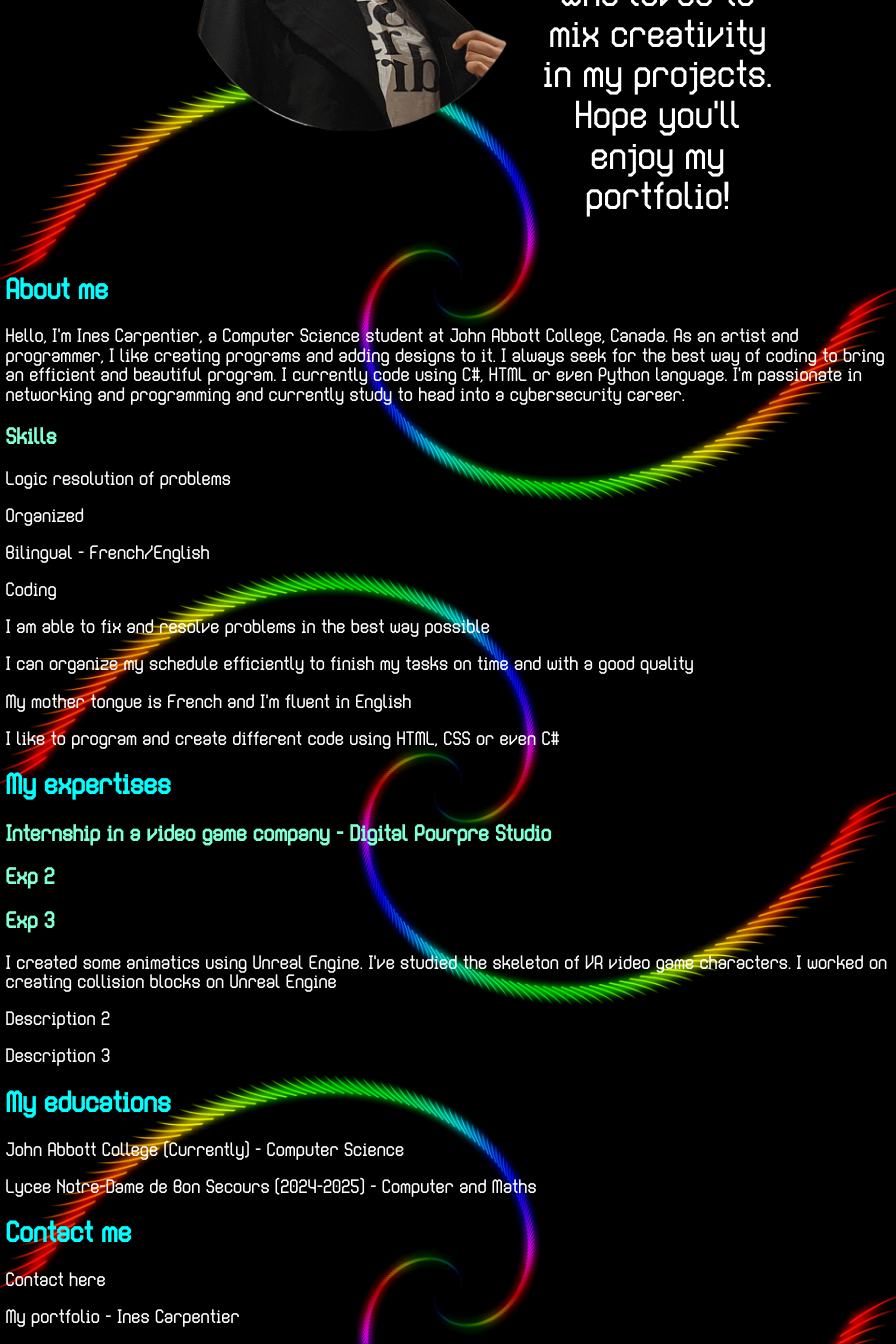
Repository: InsCarp/InsCarp
Page: index.html
These files come from the project's save history. The page is drawn as it stood at one moment and after the next save; the edit follows.
The browser window is 1280 px wide. The pictures show the part of the page from y = 674 to 2594 px (the page is 2594 px tall before and 2364 px after), at 70% of full size.
Backgrounds fixed to the window are drawn as part of the page.

Above is the page before, as saved 2026-05-08 13:08:15.

### index.html
<!DOCTYPE html>
<html lang="en">
<head>
    <meta charset="UTF-8">
    <meta name="viewport" content="width=device-width, initial-scale=1.0">
    <link rel="icon" href="/assets/images/Logo.svg" type="image/svg" />
    <link rel="stylesheet" href="/styles/globals.css" type="text/css"/>
    <link rel="stylesheet" href="/styles/index.css" type="text/css"/>

    <title>Portfolio - Ines Carpentier</title>
</head>
<header>
    <h1 id="Title">My portfolio</h1>
    <nav>
        <a href="index.html">Home</a>
        <a href="#About">About me</a>
        <a href="#Expertises">Expertises</a>
        <a href="#Education">Education</a>
        <a href="project.html">Projects</a> <!--Put my project page here-->
        <a href="#Contact">Contact me</a>
    </nav>
</header>
<body>
    <div class="Intro">
        <article>
            <img
               src="/assets/images/me.png" id="Me" alt="My image"/>
        </article>
        <article id="intro">
            <h2>Ines Carpentier</h2>
            <p>Hi, I'm a Computer Science student who loves to mix creativity in my projects.
                Hope you'll enjoy my portfolio!</p>
        </article>
    </div>
    <div class="About">
        <h2 id="About">About me</h2>
        <p>Hello, I'm Ines Carpentier, a Computer Science student at John Abbott College, Canada. As an artist and programmer, I like creating programs and adding designs to it. I always seek for the
             best way of coding to bring an efficient and beautiful program. I currently code using C#, HTML or even Python language. I'm passionate in networking and programming and currently study to head into a cybersecurity career.</p>
        <h3>Skills</h3>
        <article>
            <p>Logic resolution of problems</p>
            <p>Organized</p>
            <p>Bilingual - French/English</p>
            <p>Coding</p>
        </article>
        <article>
            <p>I am able to fix and resolve problems in the best way possible</p>
            <p>I can organize my schedule efficiently to finish my tasks on time and with a good quality</p>
            <p>My mother tongue is French and I'm fluent in English</p>
            <P>I like to program and create different code using HTML, CSS or even C#</P>
        </article>
    </div>
    <div class="Exp">
        <h2 id="Expertises">My expertises</h2>
        <article>
            <h3>Internship in a video game company - Digital Pourpre Studio</h3>
            <h3>Exp 2</h3>
            <h3>Exp 3</h3>
        </article>
        <article>
            <p>I created some animatics using Unreal Engine. I've studied the skeleton of VR video game characters. I worked on creating collision blocks on Unreal Engine</p>
            <p>Description 2</p>
            <p>Description 3</p>
        </article>
    </div>
    <div class="Education">
        <h2 id="Education">My educations</h2>
        <p>John Abbott College (Currently) - Computer Science
        </p>
        <p>Lycee Notre-Dame de Bon Secours (2024-2025) - Computer and Maths</p>
    </div>
    <div class="Contact">
        <h2 id="Contact">Contact me</h2>
        <p>Contact here</p>
    </div>
</body>
<footer>
    <p>My portfolio - Ines Carpentier</p>
</footer>
</html>

### styles/globals.css
@font-face {
    font-family: Title;
    src: url(/assets/fonts/Y224-2vdae.ttf);
}
@font-face {
    font-family: Portfolio;
    src: url(/assets/fonts/Eightgon-OGn6p.ttf);
}

html{
    font-size:25px;
}

a {
    color:cadetblue;
}

a:visited{
    color:aquamarine;
}
a:hover{
    color:greenyellow;
}
a:active{
    color:yellow;
}

body{
    background-color:rgb(0, 2, 36);
    color:rgb(255, 255, 255);
    background-image: url(../assets/images/back.gif);
    background-size: cover;
    background-repeat: no-repeat;
    background-attachment: fixed;
    font-family: Portfolio;
}




h1, h2{
    color:aqua;

}

h3{
    color:aquamarine;
}


header {

    display: flex;

    flex-direction: row;
    font-family: Title;
    justify-content: space-between;
    background-color:rgb(27, 27, 27);
    border-radius: 10px;
    font-size:0.8rem;


}
nav{
    display:none;
}


@media only screen and (min-width: 800px){
    header {
    display: flex;
    flex-direction: row;
    font-family: Title;
    justify-content: space-between;

}
nav{
    text-align:right;
    display:initial;
    font-size:0.4rem;
    margin-top:8%;


}
}

@media only screen and (min-width: 1200px){
    header {
    display: flex;
    flex-direction: row;
    font-family: Title;
    justify-content: space-between;



}
nav{
    text-align:right;
    display:initial;
    font-size:0.6rem;
    margin-top:2%;



}
}

### styles/index.css
.Intro{
    margin-top: 1rem;
    display:flex;
    flex-direction: column;
    align-items: center;
}

#intro{

    text-align: center;
    font-size:2rem;

}

#Me{
    margin-top: 1rem;
    width:15rem;
}


@media only screen and (min-width: 800px){
    .Intro{
    margin-top: 1rem;
    display:flex;
    flex-direction: row;
    justify-content: space-between;
}

#intro{

    text-align: center;
    font-size:2rem;
    width: 20rem;
    margin-right: 10rem;
}

#Me{
    margin-left:10rem;
    width:20rem;
}
}

After the next save:
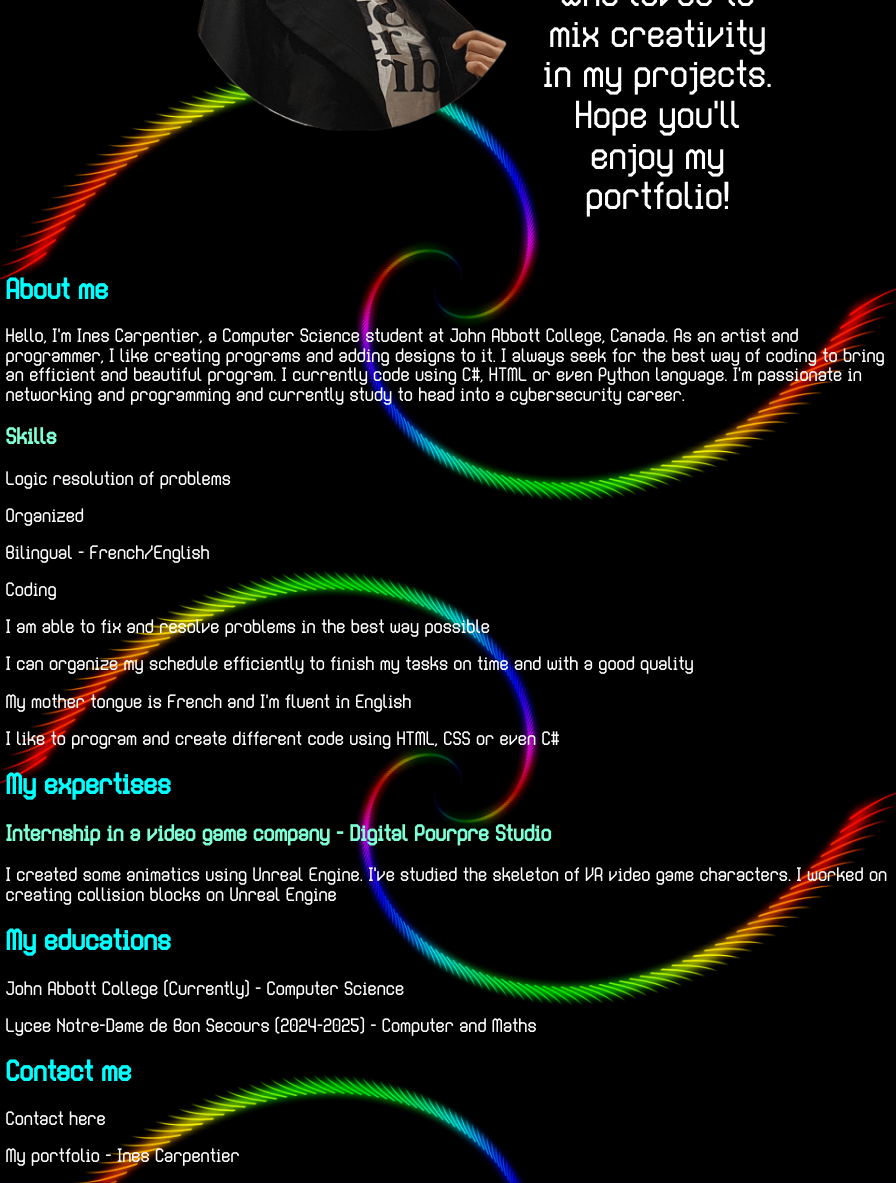
Saved 34 s later.
--- a/index.html
+++ b/index.html
@@ -54,13 +54,9 @@
         <h2 id="Expertises">My expertises</h2>
         <article>
             <h3>Internship in a video game company - Digital Pourpre Studio</h3>
-            <h3>Exp 2</h3>
-            <h3>Exp 3</h3>
         </article>
         <article>
             <p>I created some animatics using Unreal Engine. I've studied the skeleton of VR video game characters. I worked on creating collision blocks on Unreal Engine</p>
-            <p>Description 2</p>
-            <p>Description 3</p>
         </article>
     </div>
     <div class="Education">
